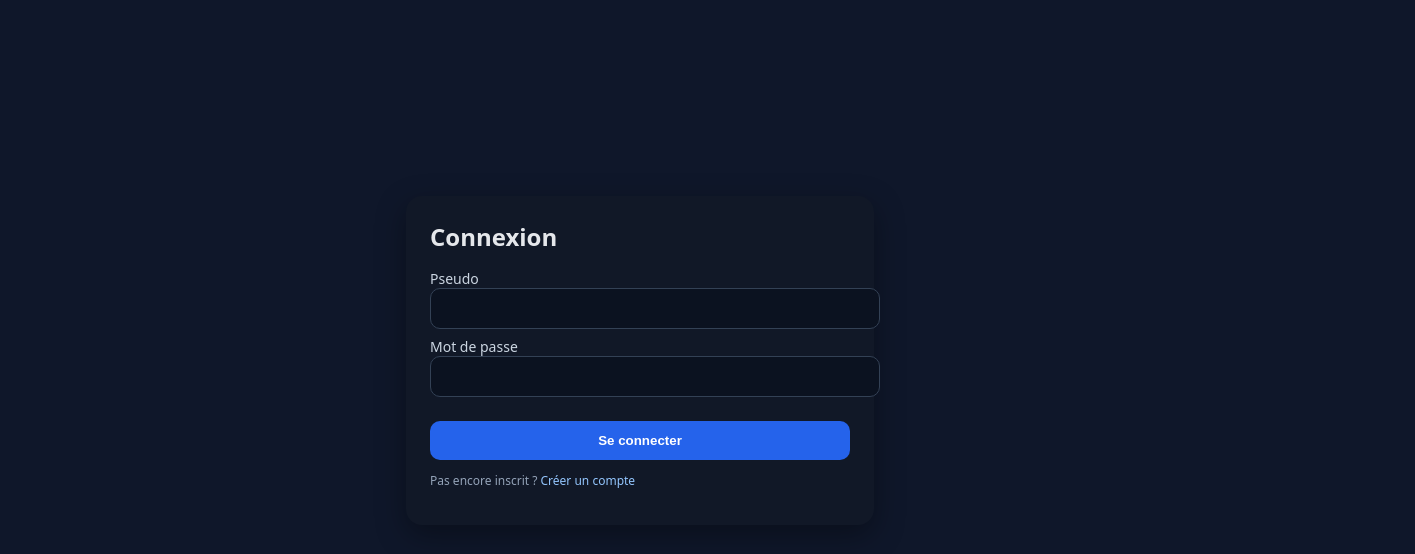
Repository: remi77130/loi-direct
Page: http://localhost/loi/login.php
The author's editor kept a copy of each file at every save. The page is drawn from the files as they stood at one save, then again after the next save.
The browser window is 1280 px wide. The page is 1280 px wide, then 1415 px, then 1280 px, so the pictures cover 1415 px, including what lies to the right of the window. The pictures show the whole page.
The page is run by PHP 8.4 with error messages shown; the project is at /var/www/html/. The database holds what the project's SQL file puts in it.

Above is the page before, as saved 2025-09-24 10:28:48.

### login.php
<?php
// login.php — Connexion sécurisée + rate-limit & ban IP + PREPARE safe
declare(strict_types=1);
session_start();

require __DIR__ . '/db.php';
require __DIR__ . '/config.php'; // APP_BASE


/*Le code est solide et couvre bien :

Vérifs systématiques après prepare / bind / execute / get_result (avec error_log et message générique).

Fallback si get_result() n’est pas dispo (pas de mysqlnd).

Rate-limit + ban IP (fenêtre, seuil, durée), journalisation des tentatives.

Rehash automatique si l’algorithme/cost évolue.

CSRF + redirection via APP_BASE.
Si reverse proxy : n’activer X-Forwarded-For que s’il est trusted.*/

/* -------------------- Brute-force config -------------------- */
const IP_WINDOW_SECONDS = 15 * 60;
const IP_MAX_FAILS      = 10;
const IP_BAN_SECONDS    = 15 * 60;

/* -------------------- Minimal DB error helpers -------------------- */
function db_fail(string $where, mysqli $db, ?mysqli_stmt $st = null): void {
  $msg = $st ? ($st->error ?: $db->error) : $db->error;
  error_log("[login.php] DB error @ {$where}: " . ($msg ?: 'unknown'));
}
function db_prepare(mysqli $db, string $sql): ?mysqli_stmt {
  $st = $db->prepare($sql);
  if (!$st) db_fail('prepare', $db);
  return $st ?: null;
}

/* -------------------- IP helper -------------------- */
function get_client_ip(): string {
  if (!empty($_SERVER['HTTP_X_FORWARDED_FOR'])) {
    $ip = trim(explode(',', $_SERVER['HTTP_X_FORWARDED_FOR'])[0]);
    if (filter_var($ip, FILTER_VALIDATE_IP)) return $ip;
  }
  if (!empty($_SERVER['REMOTE_ADDR']) && filter_var($_SERVER['REMOTE_ADDR'], FILTER_VALIDATE_IP)) {
    return $_SERVER['REMOTE_ADDR'];
  }
  return '0.0.0.0';
}

/* -------------------- BF helpers (with error checks) -------------------- */
function ip_is_banned(mysqli $db, string $ip): bool {
  $st = db_prepare($db, 'SELECT 1 FROM ip_bans WHERE ip=? AND `until`>NOW() LIMIT 1');
  if (!$st) return false; // fail-safe : ne bloque pas à cause d’une panne SQL
  if (!$st->bind_param('s', $ip) || !$st->execute()) { db_fail('ip_is_banned', $db, $st); $st->close(); return false; }
  $st->store_result();
  $banned = $st->num_rows > 0;
  $st->close();
  return $banned;
}
function ban_ip(mysqli $db, string $ip, int $seconds, string $reason='too_many_failures'): void {
  $st = db_prepare($db, "INSERT INTO ip_bans (ip,`until`,reason)
                         VALUES (?, DATE_ADD(NOW(), INTERVAL ? SECOND), ?)
                         ON DUPLICATE KEY UPDATE `until`=GREATEST(`until`,VALUES(`until`)), reason=VALUES(reason)");
  if (!$st) return;
  if (!$st->bind_param('sis', $ip, $seconds, $reason) || !$st->execute()) db_fail('ban_ip', $db, $st);
  $st->close();
}
function count_recent_fails(mysqli $db, string $ip, int $win): int {
  $st = db_prepare($db, 'SELECT COUNT(*) FROM login_attempts WHERE ip=? AND success=0 AND created_at >= (NOW() - INTERVAL ? SECOND)');
  if (!$st) return 0;
  if (!$st->bind_param('si', $ip, $win) || !$st->execute()) { db_fail('count_recent_fails', $db, $st); $st->close(); return 0; }
  $st->bind_result($c); $c = 0; $st->fetch(); $st->close();
  return (int)$c;
}
function log_attempt(mysqli $db, string $ip, ?string $pseudo, bool $success): void {
  $pseudo = $pseudo !== null ? mb_substr($pseudo, 0, 30) : null;
  $s = $success ? 1 : 0;
  $st = db_prepare($db, 'INSERT INTO login_attempts (ip, pseudo, success) VALUES (?,?,?)');
  if (!$st) return;
  if (!$st->bind_param('ssi', $ip, $pseudo, $s) || !$st->execute()) db_fail('log_attempt', $db, $st);
  $st->close();
}

/* -------------------- CSRF -------------------- */
if (empty($_SESSION['csrf'])) $_SESSION['csrf'] = bin2hex(random_bytes(16));

/* -------------------- Déjà connecté ? -------------------- */
if (!empty($_SESSION['user_id'])) {
  header('Location: '.rtrim(APP_BASE,'/').'/index.php', true, 303);
  exit;
}

/* -------------------- Pré-vérifs BF -------------------- */
$errors = [];
$blocked = false;
$ip = get_client_ip();

if (ip_is_banned($mysqli, $ip)) {
  $blocked = true;
  $errors[] = "Trop de tentatives. Réessaie plus tard.";
}
if (!$blocked) {
  $recent = count_recent_fails($mysqli, $ip, IP_WINDOW_SECONDS);
  if ($recent >= IP_MAX_FAILS) {
    ban_ip($mysqli, $ip, IP_BAN_SECONDS);
    $blocked = true;
    $errors[] = "Trop de tentatives. Réessaie plus tard.";
  }
}

/* -------------------- Soumission -------------------- */
if ($_SERVER['REQUEST_METHOD'] === 'POST' && !$blocked) {
  $csrf = $_POST['csrf'] ?? '';
  if (!hash_equals($_SESSION['csrf'] ?? '', $csrf)) {
    $errors[] = "Session expirée. Recharge la page.";
  } else {
    $pseudo   = mb_substr(trim((string)($_POST['pseudo'] ?? '')), 0, 20);
    $password = (string)($_POST['password'] ?? '');
    if ($pseudo === '' || $password === '') {
      $errors[] = 'Identifiants manquants.';
    } else {
      // SELECT user (prépare sécurisé)
      $st = db_prepare($mysqli, 'SELECT id, password_hash FROM users WHERE pseudo=? LIMIT 1');
      if (!$st) {
        $errors[] = 'Service momentanément indisponible.';
      } else {
        if (!$st->bind_param('s', $pseudo) || !$st->execute()) {
          db_fail('user_lookup', $mysqli, $st);
          $errors[] = 'Service momentanément indisponible.';
          $st->close();
        } else {
          // get_result peut être indispo sans mysqlnd → fallback bind_result
          $row = null;
          if (method_exists($st, 'get_result')) {
            $res = $st->get_result();
            if ($res === false) { db_fail('get_result', $mysqli, $st); $errors[] = 'Service momentanément indisponible.'; }
            else { $row = $res->fetch_assoc() ?: null; }
          } else {
            $st->bind_result($id, $hash);
            if ($st->fetch()) $row = ['id'=>$id, 'password_hash'=>$hash];
          }
          $st->close();

          $ok = $row && is_string($row['password_hash']) && password_verify($password, $row['password_hash']);

          // journalise toujours
          log_attempt($mysqli, $ip, $pseudo, $ok);

          if ($ok) {
            // rehash sécurisé (avec prepare checks)
            if (password_needs_rehash($row['password_hash'], PASSWORD_DEFAULT)) {
              $new = password_hash($password, PASSWORD_DEFAULT);
              $up  = db_prepare($mysqli, 'UPDATE users SET password_hash=? WHERE id=?');
              if ($up) {
                $uid = (int)$row['id'];
                if (!$up->bind_param('si', $new, $uid) || !$up->execute()) db_fail('rehash_update', $mysqli, $up);
                $up->close();
              } else {
                // on ne casse pas la connexion si le rehash échoue : on log juste
                // (l’utilisateur pourra se reconnecter; le rehash sera retenté plus tard)
              }
            }

            session_regenerate_id(true);
            $_SESSION['user_id'] = (int)$row['id'];
            $_SESSION['pseudo']  = $pseudo;

            header('Location: '.rtrim(APP_BASE,'/').'/index.php', true, 303);
            exit;
          }

          // échec d’auth : escalade possible + message générique
          $fails = count_recent_fails($mysqli, $ip, IP_WINDOW_SECONDS);
          if ($fails >= IP_MAX_FAILS) ban_ip($mysqli, $ip, IP_BAN_SECONDS);
          $errors[] = 'Pseudo ou mot de passe invalide.';
          usleep(200000);
        }
      }
    }
  }
}

/* -------------------- Hygiène (optionnel) -------------------- */
$mysqli->query("DELETE FROM login_attempts WHERE created_at < (NOW() - INTERVAL 30 DAY)");
?>
<!doctype html>
<html lang="fr">
<head>
<meta charset="utf-8"><meta name="viewport" content="width=device-width, initial-scale=1">
<title>Connexion — Loi Direct</title>
<style>
  :root{font-family:system-ui,Segoe UI,Roboto,Arial,sans-serif}
  body{background:#0f172a;color:#e5e7eb;display:flex;min-height:100vh;align-items:center;justify-content:center;margin:0}
  .card{background:#111827;padding:24px;border-radius:16px;width:100%;max-width:420px;box-shadow:0 10px 30px rgba(0,0,0,.35)}
  h1{margin:0 0 16px;font-size:24px}
  label{display:block;font-size:14px;margin-bottom:8px;color:#cbd5e1}
  input{width:100%;padding:12px 14px;border-radius:10px;border:1px solid #334155;background:#0b1220;color:#e5e7eb}
  .btn{width:100%;margin-top:16px;padding:12px;border:none;border-radius:10px;background:#2563eb;color:#fff;font-weight:600;cursor:pointer}
  .btn[disabled]{opacity:.6;cursor:not-allowed}
  .errors{background:#7f1d1d;color:#fecaca;padding:10px;border-radius:8px;margin-bottom:12px}
  a{color:#93c5fd;text-decoration:none}
</style>
</head>
<body>
<div class="card">
  <h1>Connexion</h1>
  <?php if ($errors): ?>
    <div class="errors"><?php foreach ($errors as $e) echo '<div>'.htmlspecialchars($e,ENT_QUOTES).'</div>'; ?></div>
  <?php endif; ?>
  <form method="post" autocomplete="off" novalidate>
    <input type="hidden" name="csrf" value="<?= htmlspecialchars($_SESSION['csrf'],ENT_QUOTES) ?>">
    <label>Pseudo
      <input type="text" name="pseudo" required minlength="3" maxlength="20" pattern="[A-Za-z0-9_]{3,20}">
    </label>
    <label>Mot de passe
      <input type="password" name="password" required minlength="8" autocomplete="current-password">
    </label>
    <button class="btn" type="submit" <?= $blocked ? 'disabled' : '' ?>>Se connecter</button>
  </form>
  <p style="margin-top:12px;font-size:12px;color:#94a3b8">Pas encore inscrit ? <a href="register.php">Créer un compte</a></p>
</div>
</body>
</html>

### db.php
<?php
// db.php Ignore db.php (dans .gitignore) s’il contient identifiants.
declare(strict_types=1);

const DB_HOST = '127.0.0.1';
const DB_NAME = 'loi_direct';
const DB_USER = 'root';
const DB_PASS = ''; // XAMPP par défaut

$mysqli = new mysqli(DB_HOST, DB_USER, DB_PASS, DB_NAME);
if ($mysqli->connect_errno) {
    http_response_code(500);
    exit('Erreur BDD: '.$mysqli->connect_error);
}
$mysqli->set_charset('utf8mb4');

### config.php
<?php
declare(strict_types=1);
define('APP_BASE', rtrim(dirname($_SERVER['PHP_SELF']), '/\\')); // ex: /loi
define('PROJECT_PAGE', 'project.php'); // unique



function random_punchline(string $pseudo): string { // Phrase dacceuil
  $lines = [
    "Bienvenue {pseudo} ! Ton compte est chaud bouillant 🔥",
    "C’est signé {pseudo}. On est bien 👌",
    "{pseudo}, t’es dans la place. Let’s go 🚀",
    "Bienvenue {pseudo} ! À toi de jouer ⚖️",
    "Inscription validée, — ma p’tite gueule ! 😎",
    "On t’attendait {pseudo} ! Fais-nous rêver ✍️",
    "{pseudo}, le peuple compte sur toi 💪",
    "Own the feed, {pseudo} ! 🏛️",
  ];
  $i = random_int(0, count($lines)-1);
  return strtr($lines[$i], ['{pseudo}' => $pseudo]);
}



/** Slugify : "Éxemple de Titre !" -> "exemple-de-titre" */
function slugify(string $text): string {
    $text = trim($text);

    if (function_exists('transliterator_transliterate')) {
        $text = transliterator_transliterate('Any-Latin; Latin-ASCII', $text);
    } else {
        $tmp = @iconv('UTF-8', 'ASCII//TRANSLIT//IGNORE', $text);
        if ($tmp !== false) $text = $tmp;
    }

    $text = preg_replace('~[^\pL\d]+~u', '-', $text);
    $text = trim($text, '-');
    $text = preg_replace('~[^-\w]+~', '', $text);
    $text = preg_replace('~-+~', '-', $text);
    return strtolower($text ?: 'projet');
}

function tag_slug(string $name): string { return slugify($name); }
function tag_url(string $slug): string { return APP_BASE . '/tag/' . rawurlencode($slug); }
function project_url(int $id, string $title): string {
    return APP_BASE . '/p/' . $id . '-' . rawurlencode(slugify($title));
}


// images
define('UPLOAD_DIR', __DIR__ . '/uploads');
define('UPLOAD_URL', APP_BASE . '/uploads');
define('UPLOAD_MAX_MB', 5);                        // 5 Mo par image
define('UPLOAD_MAX_FILES', 5);                     // max 5 images
define('UPLOAD_ALLOWED', ['image/jpeg','image/png','image/webp']);

    // Thumbnails
    define('THUMB_MAX_W', 480);
    define('THUMB_MAX_H', 480);

### bdd/loi_direct.sql (the tables this page reads)
CREATE TABLE `ip_bans` (
  `ip` varchar(45) NOT NULL,
  `until` datetime NOT NULL,
  `reason` varchar(120) DEFAULT NULL
) ENGINE=InnoDB DEFAULT CHARSET=utf8mb4 COLLATE=utf8mb4_general_ci;

INSERT INTO `ip_bans` (`ip`, `until`, `reason`) VALUES
('::1', '2026-03-05 12:14:33', 'too_many_failures');

ALTER TABLE `ip_bans`
  ADD PRIMARY KEY (`ip`),
  ADD KEY `idx_until` (`until`);

CREATE TABLE `login_attempts` (
  `id` bigint(20) UNSIGNED NOT NULL,
  `ip` varbinary(16) NOT NULL,
  `pseudo` varchar(100) DEFAULT NULL,
  `success` tinyint(1) NOT NULL DEFAULT 0,
  `created_at` timestamp NOT NULL DEFAULT current_timestamp()
) ENGINE=InnoDB DEFAULT CHARSET=utf8mb4 COLLATE=utf8mb4_unicode_ci;

INSERT INTO `login_attempts` (`id`, `ip`, `pseudo`, `success`, `created_at`) VALUES
(163, 0x3a3a31, 'lepoitu33', 1, '2026-02-14 17:17:29'),
(164, 0x3a3a31, 'ssssssss', 0, '2026-02-15 13:21:40'),
(165, 0x3a3a31, 'lepoitu33', 1, '2026-02-15 13:22:07'),
(166, 0x3a3a31, 'lepoitu33', 1, '2026-02-15 13:22:47'),
(167, 0x3a3a31, 'lepoitu33', 1, '2026-02-15 13:25:47'),
(168, 0x3a3a31, 'remi_admin', 1, '2026-02-15 13:43:41'),
(169, 0x3a3a31, 'admin', 1, '2026-02-17 13:00:20'),
(170, 0x3a3a31, 'admin', 1, '2026-02-17 13:00:45'),
(171, 0x3a3a31, 'remi77', 0, '2026-02-28 17:16:21'),
(172, 0x3a3a31, 'Rémi85', 1, '2026-03-02 14:38:34'),
(173, 0x3a3a31, 'admin', 1, '2026-03-03 10:42:45'),
(174, 0x3a3a31, 'Rémi85', 1, '2026-03-03 14:18:36'),
(175, 0x3a3a31, 'Rémi85', 1, '2026-03-03 15:18:35'),
(176, 0x3a3a31, 'Rémi85', 1, '2026-03-04 13:41:02'),
(177, 0x3a3a31, 'Rémi85', 1, '2026-03-04 14:20:39'),
(178, 0x3a3a31, 'Rémi85', 1, '2026-03-05 09:42:50'),
(179, 0x3a3a31, 'Rémi85', 1, '2026-03-05 10:45:15'),
(180, 0x3a3a31, 'Rémi85', 1, '2026-03-05 10:45:57'),
(181, 0x3a3a31, 'Rémi85', 1, '2026-03-05 10:46:14'),
(182, 0x3a3a31, 'Rémi85', 1, '2026-03-05 10:46:27'),
(183, 0x3a3a31, 'Rémi85', 1, '2026-03-05 10:52:42'),
(184, 0x3a3a31, 'ZCZCZCZCZCZCZCZCZCZC', 1, '2026-03-05 10:56:46'),
(185, 0x3a3a31, 'ZCZCZCZCZCZCZCZCZCZC', 0, '2026-03-05 10:59:20'),
(186, 0x3a3a31, 'ZCZCZCZCZCZCZCZCZCZC', 0, '2026-03-05 10:59:23'),
(187, 0x3a3a31, 'ZCZCZCZCZCZCZCZCZCZC', 0, '2026-03-05 10:59:25'),
(188, 0x3a3a31, 'ZCZCZCZCZCZCZCZCZCZC', 0, '2026-03-05 10:59:26'),
(189, 0x3a3a31, 'ZCZCZCZCZCZCZCZCZCZC', 0, '2026-03-05 10:59:28'),
(190, 0x3a3a31, 'ZCZCZCZCZCZCZCZCZCZC', 0, '2026-03-05 10:59:29'),
(191, 0x3a3a31, 'ZCZCZCZCZCZCZCZCZCZC', 0, '2026-03-05 10:59:30'),
(192, 0x3a3a31, 'ZCZCZCZCZCZCZCZCZCZC', 0, '2026-03-05 10:59:31'),
(193, 0x3a3a31, 'ZCZCZCZCZCZCZCZCZCZC', 0, '2026-03-05 10:59:32'),
(194, 0x3a3a31, 'ZCZCZCZCZCZCZCZCZCZC', 0, '2026-03-05 10:59:33'),
(195, 0x3a3a31, 'remi77', 0, '2026-03-05 11:41:29'),
(196, 0x3a3a31, 'Rémi85', 1, '2026-03-05 11:41:41'),
(197, 0x3a3a31, 'balancetonporc', 0, '2026-03-05 15:02:54'),
(198, 0x3a3a31, 'balancetonporc', 0, '2026-03-05 15:03:01'),
(199, 0x3a3a31, 'balancetonporc', 1, '2026-03-05 15:04:21'),
(200, 0x3a3a31, 'Rémi85', 1, '2026-03-06 17:51:56'),
(201, 0x3a3a31, 'toto2', 1, '2026-03-07 11:00:13'),
(202, 0x3a3a31, 'Rémi85', 1, '2026-03-07 11:09:28'),
(203, 0x3a3a31, 'toto2', 1, '2026-03-07 11:10:11'),
(204, 0x3a3a31, 'Rémi85', 1, '2026-03-08 07:26:27'),
(205, 0x3a3a31, 'Rémi85', 1, '2026-03-08 09:16:55'),
(206, 0x3a3a31, 'remi_admin', 1, '2026-03-08 09:17:38'),
(207, 0x3a3a31, 'Rémi85', 1, '2026-03-08 09:18:13'),
(208, 0x3a3a31, 'toto2', 1, '2026-03-08 09:18:42'),
(209, 0x3a3a31, 'Rémi85', 1, '2026-03-08 09:22:29'),
(210, 0x3a3a31, 'toto2', 1, '2026-03-08 09:23:15'),
(211, 0x3a3a31, 'Rémi85', 1, '2026-03-08 09:23:35'),
(212, 0x3a3a31, 'toto2', 1, '2026-03-08 09:24:17'),
(213, 0x3a3a31, 'toto2', 1, '2026-03-08 09:27:26'),
(214, 0x3a3a31, 'gilbert89', 1, '2026-03-08 09:28:58'),
(215, 0x3a3a31, 'toto2', 1, '2026-03-08 09:29:46'),
(216, 0x3a3a31, 'Rémi85', 1, '2026-03-09 11:07:21'),
(217, 0x3a3a31, 'toto', 1, '2026-03-09 11:09:47'),
(218, 0x3a3a31, 'phil', 1, '2026-03-09 11:25:27'),
(219, 0x3a3a31, 'marco', 1, '2026-03-09 11:26:40'),
(220, 0x3a3a31, 'Rémi85', 1, '2026-03-09 11:28:04'),
(221, 0x3a3a31, 'marco', 1, '2026-03-09 11:29:05'),
(222, 0x3a3a31, 'gilbert89', 1, '2026-03-09 11:32:04'),
(223, 0x3a3a31, 'toto2', 1, '2026-03-09 11:33:03'),
(224, 0x3a3a31, 'marco', 1, '2026-03-09 11:42:32'),
(225, 0x3a3a31, 'phil', 1, '2026-03-09 11:48:21'),
(226, 0x3a3a31, 'Rémi85', 1, '2026-03-09 11:49:20'),
(227, 0x3a3a31, 'phil', 1, '2026-03-11 11:06:53'),
(228, 0x3a3a31, 'Rémi85', 1, '2026-03-11 11:08:00'),
(229, 0x3a3a31, 'phil', 1, '2026-03-11 11:08:33'),
(230, 0x3a3a31, 'ssw', 1, '2026-03-11 11:30:40'),
(231, 0x3a3a31, 'toto2', 1, '2026-03-11 11:38:50'),
(232, 0x3a3a31, 'Rémi85', 0, '2026-03-13 11:27:07');

ALTER TABLE `login_attempts`
  ADD PRIMARY KEY (`id`),
  ADD KEY `idx_ip_created` (`ip`,`created_at`),
  ADD KEY `idx_pseudo_created` (`pseudo`,`created_at`);

ALTER TABLE `login_attempts`
  MODIFY `id` bigint(20) UNSIGNED NOT NULL AUTO_INCREMENT, AUTO_INCREMENT=233;

After the next save:
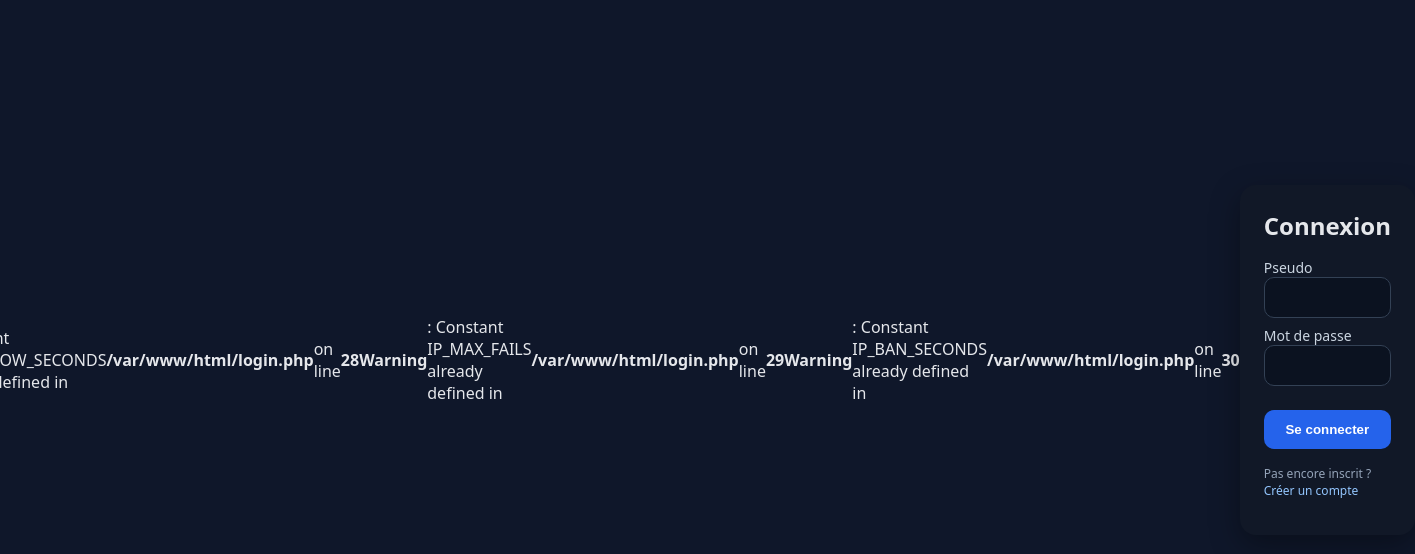
Saved 41 s later.
--- a/login.php
+++ b/login.php
@@ -24,6 +24,10 @@
 const IP_WINDOW_SECONDS = 15 * 60;
 const IP_MAX_FAILS      = 10;
 const IP_BAN_SECONDS    = 15 * 60;
+
+const IP_WINDOW_SECONDS =  0* 60;
+const IP_MAX_FAILS      = 0;
+const IP_BAN_SECONDS    = 0 * 60;
 
 /* -------------------- Minimal DB error helpers -------------------- */
 function db_fail(string $where, mysqli $db, ?mysqli_stmt $st = null): void {

After the save that followed:
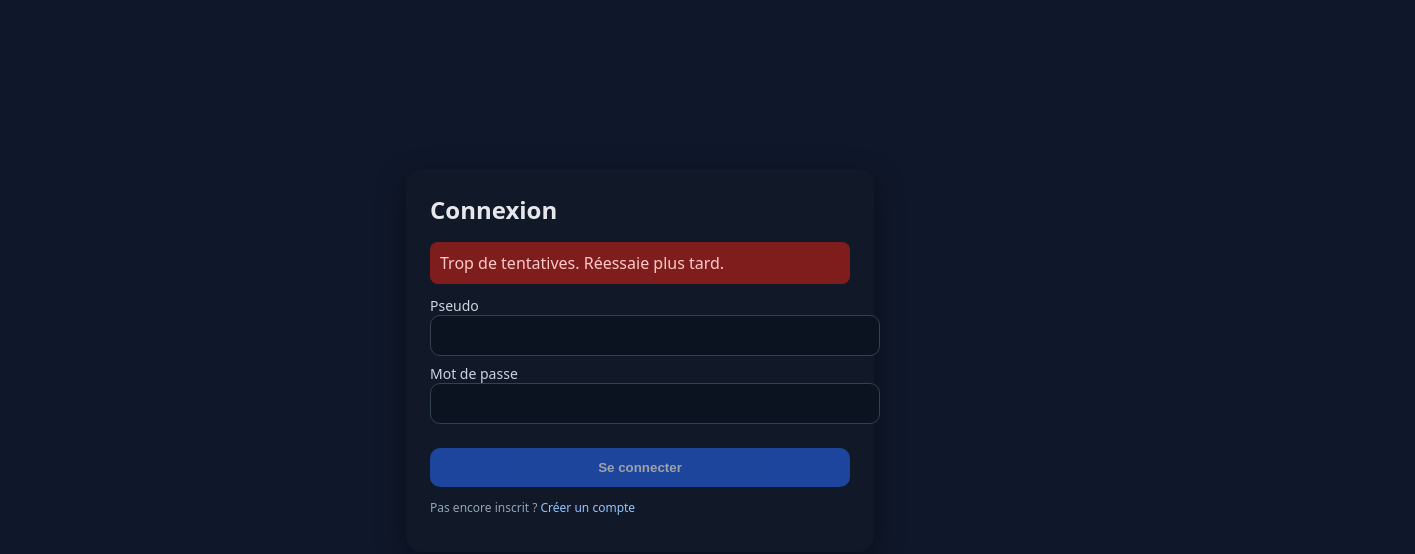
Saved 9 s later.
--- a/login.php
+++ b/login.php
@@ -20,10 +20,10 @@
 CSRF + redirection via APP_BASE.
 Si reverse proxy : n’activer X-Forwarded-For que s’il est trusted.*/
 
-/* -------------------- Brute-force config -------------------- */
+/* -------------------- Brute-force config --------------------
 const IP_WINDOW_SECONDS = 15 * 60;
 const IP_MAX_FAILS      = 10;
-const IP_BAN_SECONDS    = 15 * 60;
+const IP_BAN_SECONDS    = 15 * 60;*/
 
 const IP_WINDOW_SECONDS =  0* 60;
 const IP_MAX_FAILS      = 0;
